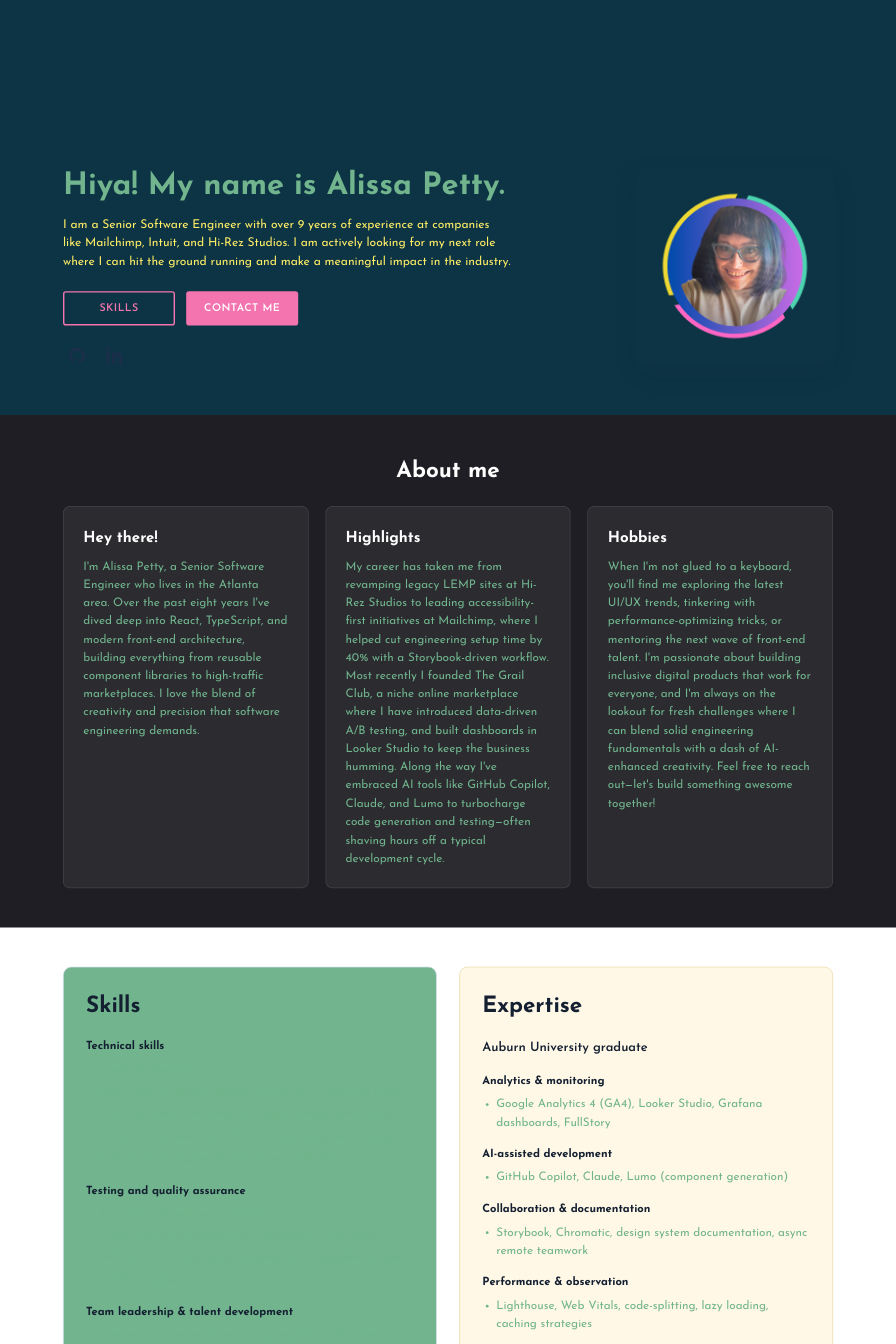
Repository: AlissaSPetty/alissa-petty-com
Page: /
An editor plug-in stored every save of this project. The page is shown before and after the next save, followed by the edit.
The browser window is 1280 px wide. The pictures show the part of the page from y = 0 to 1920 px (the page is 4285 px tall), at 70% of full size.
The project was rebuilt for these pictures with package versions that can differ from the ones it lists, and the page was loaded fresh each time. Also part of the build but not shown: vite.config.ts, src/legal.css, src/pages/LegalPage.tsx.

Above is the page before, as saved 2026-05-03 18:03:36.

After the next save:
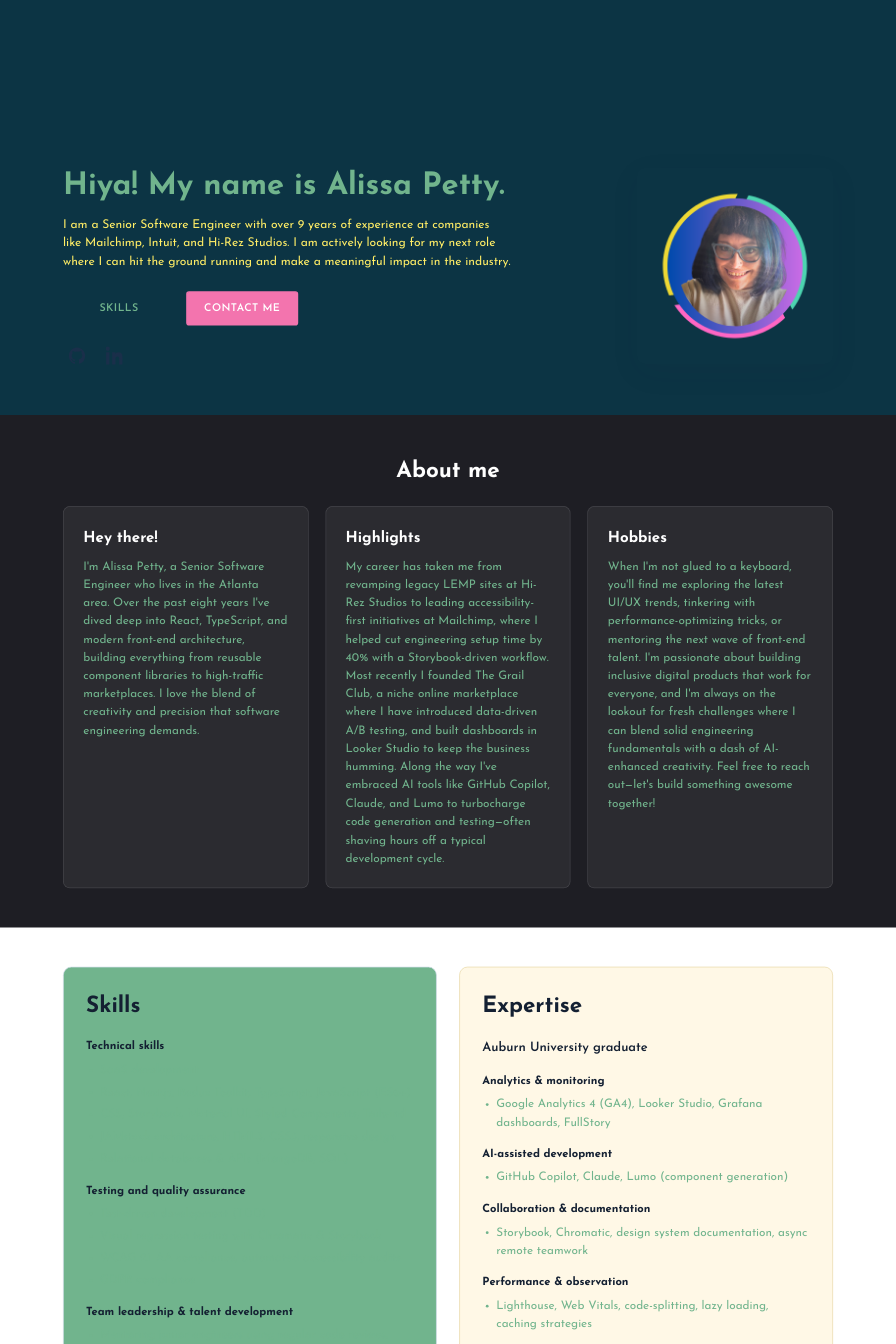
Saved 12 s later.
--- a/src/index.css
+++ b/src/index.css
@@ -166,7 +166,7 @@
 
 .btn-outline {
   background: transparent;
-  color: var(--primary);
+  color: #fff
   border-color: var(--primary);
 }
 
